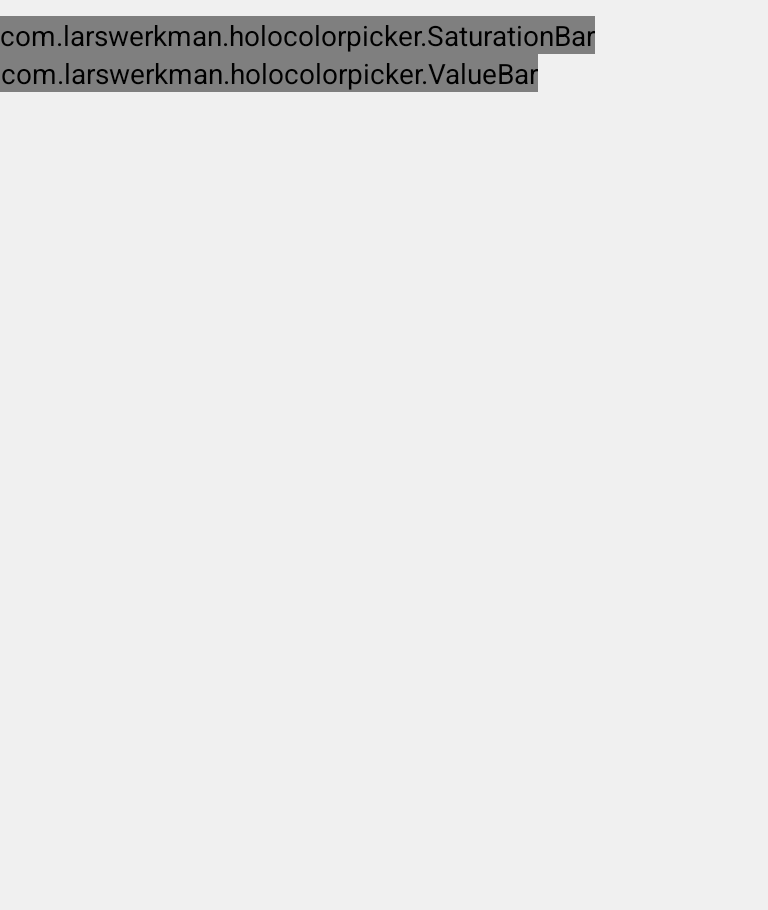
Repository: sdenom01/Anduino
Layout: Anduino/res/layout/activity_main.xml
The author's editor kept a copy of each file at every save. The layout is drawn from the files as they stood at one save, then again after the next save.
The pictures show rows 370 to 1280 of an output 1280 px tall.
Pictures or frames that could not be fetched are drawn as grey boxes. It is drawn on a 768 x 1280 px phone screen (xhdpi) without system bars, with theme AppTheme; the app's code is not run. Lists and similar views that code fills are empty.

Above is the layout before, as saved 2014-07-08 21:58:49.

After the next save:
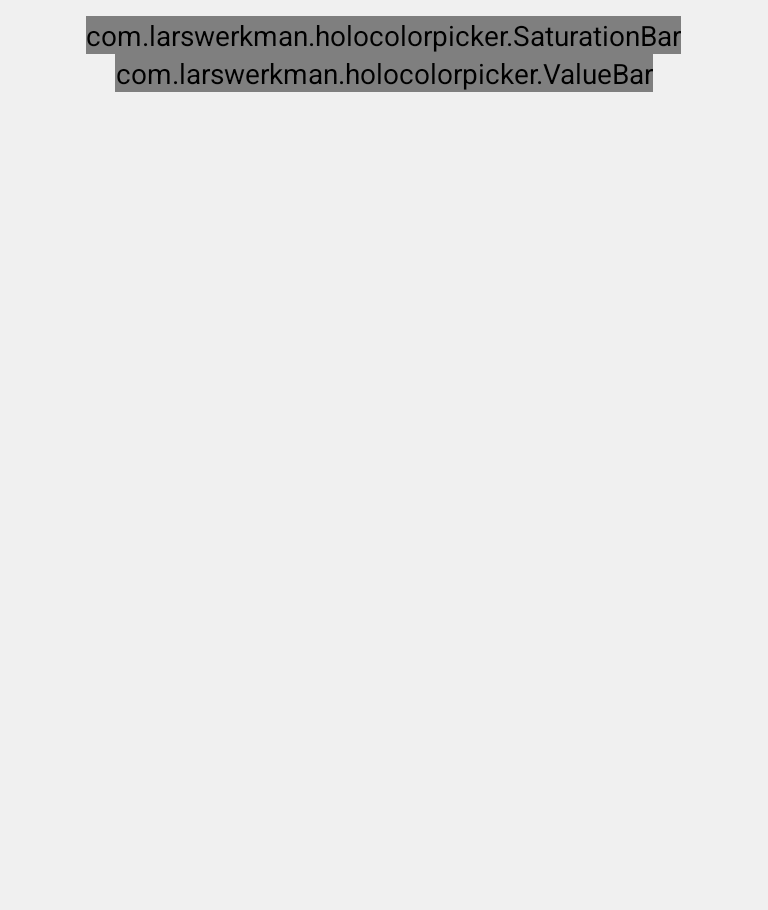
Saved 13 s later.
--- a/Anduino/res/layout/activity_main.xml
+++ b/Anduino/res/layout/activity_main.xml
@@ -121,12 +121,14 @@
         <com.larswerkman.holocolorpicker.SaturationBar
             android:id="@+id/saturationbar"
             android:layout_width="wrap_content"
-            android:layout_height="wrap_content" />
+            android:layout_height="wrap_content"
+            android:layout_gravity="center" />
 
         <com.larswerkman.holocolorpicker.ValueBar
             android:id="@+id/valuebar"
             android:layout_width="wrap_content"
-            android:layout_height="wrap_content" />
+            android:layout_height="wrap_content"
+            android:layout_gravity="center" />
     </LinearLayout>
 
 </LinearLayout>
